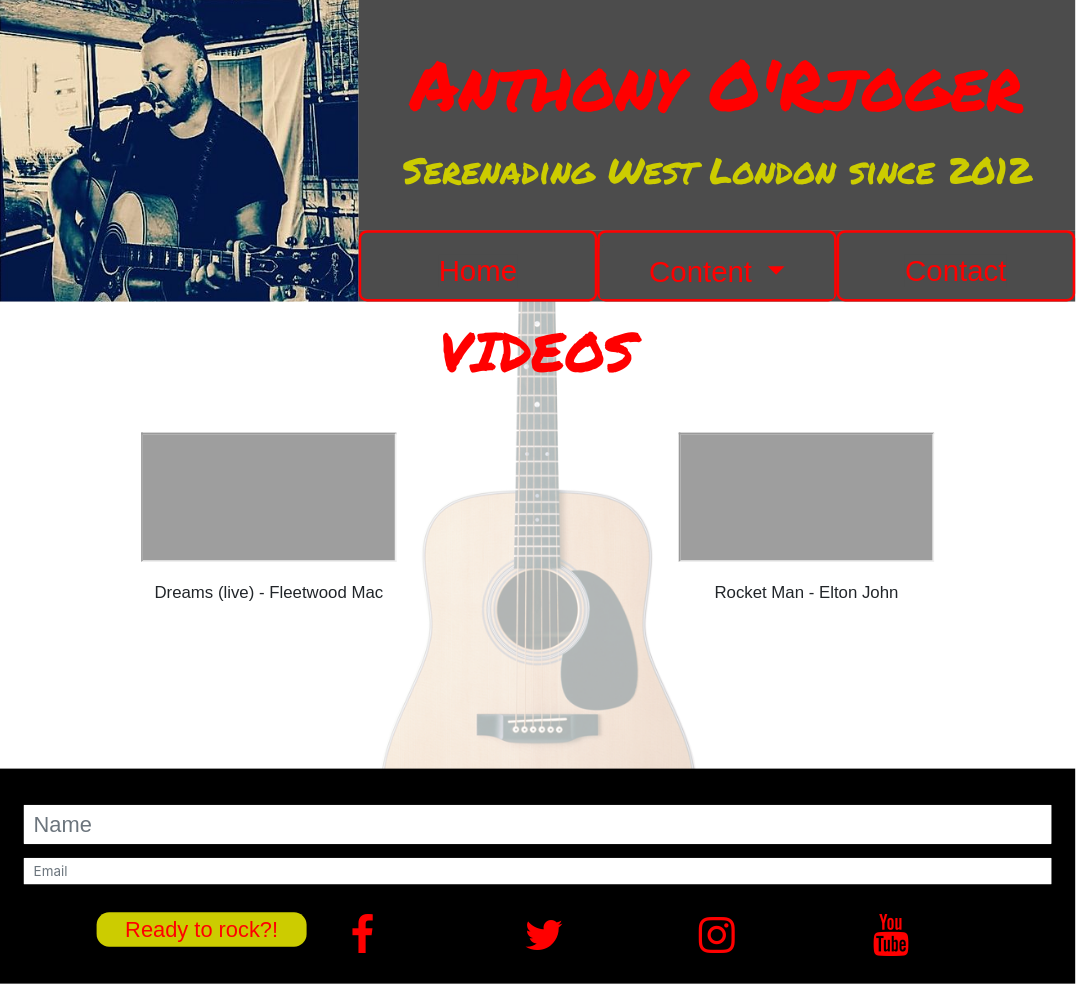
Repository: SimonGeorgeNZ/milestone_1
Page: videos.html
The author's editor kept a record of every edit. The page is drawn from the files as they stood at one moment, then again after the next edit.
The browser window is 1280 px wide. The page is 1295 px wide, so the pictures cover 1295 px, including what lies to the right of the window. The pictures show the whole page, at 84% of full size.
Pictures or frames that could not be fetched are drawn as grey boxes. Some web fonts or font styles are not loaded; a fallback is used. Some web libraries are served in a nearby version.

Above is the page before.

### videos.html
<!DOCTYPE html>
<html lang="en">

<head>
    <meta charset="UTF-8">
    <meta name="viewport" content="width=device-width, initial-scale=1.0">
    <meta http-equiv="X-UA-Compatible" content="ie=edge">
    <link rel="stylesheet" href="assets/css/style.css" type="text/css" />
    <link rel="stylesheet" href="https://maxcdn.bootstrapcdn.com/bootstrap/4.2.1/css/bootstrap.min.css" type="text/css" />
    <link rel="stylesheet" href="https://maxcdn.bootstrapcdn.com/font-awesome/4.7.0/css/font-awesome.min.css" type="text/css" />
    <title>Anthony O'Rjoger</title>
</head>

<body>
    <header>

        <div class="row no-gutters">
            <a class="col-md-4 profile" href="index.html"></a>
            <div class="col-md-8">
                <div class="row no-gutters bg-color-title">
                    <div class="col title">
                        <h1 class="name">Anthony O'Rjoger</h1>
                        <h2 class="tag-line">Serenading West London since 2012</h2>
                    </div>
                </div>
                <div class="row no-gutters bg-col-blk">
                    <div class="col-12 col-md-6 col-lg-4 nav-but">
                        <a href="index.html" class="nav-but-text"><i aria-hidden="true"></i><span>Home</span></a>
                    </div>
                    <div class="col-12 col-md-6 col-lg-4 dropdown nav-but">
                        <button class="btn btn-secondary dropdown-toggle container-fluid" type="button" id="dropdownMenuButton" data-toggle="dropdown" aria-haspopup="true" aria-expanded="false">
    Content
  </button>
                        <div class="dropdown-menu" aria-labelledby="dropdownMenuButton">
                            <a class="dropdown-item" href="photos.html">Photos</a>
                            <a class="dropdown-item" href="videos.html">Videos</a>
                        </div>
                    </div>
                    <div class="col d-md-block d-none nav-but">
                        <a href="contact.html" class="nav-but-text"><i aria-hidden="true"></i><span>Contact</span></a>
                    </div>
                </div>

            </div>

        </div>
        </div>
    </header>

    <body class="jumbotron-main">
        <h1 class="page-heading">Videos</h1>
        <div class="row no-gutters">
            <div class="col-6 video">
                <iframe src="https://www.youtube.com/embed/-JfQ80SWHHQ" allowfullscreen></iframe>
                <p class="image-text">Dreams (live) - Fleetwood Mac</p>
            </div>
            <div class="col-6 embed-responsive-item video">
                <iframe src="https://www.youtube.com/embed/kY1DvJ4g9kA" allowfullscreen></iframe>
                <p class="image-text">Rocket Man - Elton John</p>
            </div>
        </div>
        <div class="row">
            <div class="col-12 bottom-padding">

            </div>
        </div>
    </body>
    <footer class="container-fluid footer-bg footer">
        <div class="row">
            <div class="col">
                <form class="contact">
                    <div class="row no-gutters form">
                        <div class="col-12 contact">
                            <input type="text" id="fullname" class="form-control" placeholder="Name" required />
                            <input type="email" id="emailaddress" class="form-control" placeholder="Email" required />
                        </div>
                        <div class="row">
                            <input class="submit  d-block d-md-none" type="submit" value="Quick contact" data-toggle="modal" data-target="#thanks" />
                            <input class="contactlink  d-block d-md-none" type="submit" value="Go to contact" data-toggle="modal" data-target="#thanks" />
                        </div>
                    </div>
                </form>
            </div>
        </div>
        <input class="submit" type="submit" value="Ready to rock?!" data-toggle="modal" data-target="#thanks" />
        <div class="container soclai-links-top">
            <div class="row no-gutters">
                <div class="col-3">
                    <a class="social-but" target=_ "blank" href="https://www.facebook.com/anthonyorjogermusic/">
                             <i class="fa fa-facebook" aria-hidden="true"></i>
                               <span class="sr-only">facebook</span>
                        </a>
                </div>
                <div class="col-3">
                    <a class="social-but" target=_ "blank" href="https://twitter.com/anthonyorjoger">
                             <i class="fa fa-twitter" aria-hidden="true"></i>
                               <span class="sr-only">Twitter</span>
                        </a>
                </div>
                <div class="col-3">
                    <a class="social-but" target=_ "blank" href="https://www.instagram.com/aor_music/">
                             <i class="fa fa-instagram" aria-hidden="true"></i>
                               <span class="sr-only">Instagram</span>
                        </a>
                </div>
                <div class="col-3">
                    <a class="social-but" target=_ "blank" href="https://www.youtube.com/channel/UCJdZ-PkIdPwwX4xIostHZ1g">
                             <i class="fa fa-youtube" aria-hidden="true"></i>
                               <span class="sr-only">Youtube</span>
                        </a>
                </div>
            </div>
        </div>
    </footer>

</body>
<script src="https://code.jquery.com/jquery-3.4.1.slim.min.js" integrity="sha384-J6qa4849blE2+poT4WnyKhv5vZF5SrPo0iEjwBvKU7imGFAV0wwj1yYfoRSJoZ+n" crossorigin="anonymous"></script>
<script src="https://cdn.jsdelivr.net/npm/popper.js@1.16.0/dist/umd/popper.min.js" integrity="sha384-Q6E9RHvbIyZFJoft+2mJbHaEWldlvI9IOYy5n3zV9zzTtmI3UksdQRVvoxMfooAo" crossorigin="anonymous"></script>
<script src="https://stackpath.bootstrapcdn.com/bootstrap/4.4.1/js/bootstrap.min.js" integrity="sha384-wfSDF2E50Y2D1uUdj0O3uMBJnjuUD4Ih7YwaYd1iqfktj0Uod8GCExl3Og8ifwB6" crossorigin="anonymous"></script>

<div class="modal fade" id="thanks" tabindex="-1" role="dialog" aria-labelledby="exampleModalLabel" aria-hidden="true">
    <div class="modal-dialog" role="document">
        <div class="modal-content">
            <div class="modal-header">
                <h5 class="modal-title" id="exampleModalLabel">Thanks!</h5>
                <button type="button" class="close" data-dismiss="modal" aria-label="Close">
          <span aria-hidden="true">&times;</span>
        </button>
            </div>
            <div class="modal-body">
                I'll be in touch shortly
            </div>
            <div class="modal-footer">
                <button type="button" class="close" data-dismiss="modal">Close</button>
            </div>
        </div>
    </div>
</div>


</html>

### assets/css/style.css
@import url('https://fonts.googleapis.com/css?family=Alatsi|Permanent+Marker|100,200,300,400,500,600,700');



/*------------------Colors------*/

.bg-color-title {
    background-color: #4c4c4c;
}

.li-menu-color {
    background-color: #4c4c4c;
}

.bg-col-blk {
    background-color: #4c4c4c;
}

.footer-bg {
    background-color: black;
}

.submit {
    color: #ff0000!important;
    background-color: #cccc00!important;
}

.contactlink {
    color: #ff0000!important;
    background-color: #cccc00!important;
}

.name {
    color: #ff0000;
}

.tag-line {
    color: #cccc00;
}

.nav-but {
    border-color: #ff0000;
}

.nav-but-text {
    color: #ff0000;
    background-color: #4c4c4c;
}

.dropdown-menu {
    background-color: #4c4c4c !important;
    border-color: #ff0000!important;
}

#dropdownMenuButton {
    color: #ff0000;
    background-color: #4c4c4c;
}

.dropdown-item {
    color: #ff0000!important;
}

h4 {
    color: #ff0000!important;
}

.social-links-top {
    border-color: #ff0000!important;
}

.page-heading {
    color: #ff0000;
}

.quickcontact {
    color: #ffffff;
}


/*------------------Heading------*/

header {
    margin: 0;
}

.title {
    margin-left: 25px;
    margin-right: 25px;
}


.profile {
    background: url("../images/anthony.jpg");
    background-position: center;
    background-repeat: no-repeat;
    background-size: cover;
    min-height: 350px;
    transition: all ease-in-out;
    -moz-transition: all .5s ease-in-out;
    -webkit-transition: all .5s ease-in-out;

}

.name {
    font-family: "Permanent Marker", sans-serif;
    font-weight: 100;
    font-size: calc(70px + 1vw);
    margin-top: 50px;
    text-align: center;
    padding-bottom: 20px;
}

.tag-line {
    font-family: "Permanent Marker", sans-serif;
    font-weight: 200;
    font-size: calc(30px + 1vw);
    margin-bottom: 20px;
    text-align: center;
    padding-bottom: 25px;
}


.menucontainer {
    font-size: 0;
}

#nav li {
    font-size: 14px;
    padding: 0;
    margin: 0;
}

.soclai-links-top {
    padding-bottom: 0;
    margin: 0;
    border-style: none;
}

/*------------------Nav------*/

.nav-but {
    border-style: solid;
    border-width: 3px;
    border-radius: 10px;
    text-align: center;
    padding-top: 20px;
}

.nav-but-text {
    font-family: 'Alatsi', sans-serif;
    font-size: 35px;
}

.dropdown-menu {
    border-width: 3px!important;
    font-size: 35px!important;
    text-align: center!important;
    min-width: 75px!important;
    min-height: 75px!important;
    border-radius: 10px!important;
}

#dropdownMenuButton {
    font-family: 'Alatsi', sans-serif;
    font-size: 35px;
    border: none;
}

.icon {
    font-size: 35px!important;
    color: #ff0000;
}

.dropdown {
    padding-top: 15px;
}

.dropdown-menu .dropdown-item:hover {
    background-color: transparent;
}

.nav-but-text:hover {
    cursor: pointer;
    color: #ff0000;
    text-decoration: none;
}


/*------------------Main-section------*/

.text-box-heading {
    color: #ff0000;
    font-family: "Permanent Marker", sans-serif;
    text-transform: uppercase;
}

.text-box {
    font-family: 'Alatsi', sans-serif;
    margin: 40px;
    text-transform: uppercase;
}

.text-box-1 {
    font-family: 'Alatsi', sans-serif;
    text-align: center;
    text-transform: uppercase;
}

h1 {
    color: #ff000!important;
}

.jumbotron {
    margin-bottom: 0!important;
    padding: 0;
}

.jumbotron-main {
    background-attachment: scroll;
    background: url("../images/Background-image.png");
    background-repeat: no-repeat;
    background-position: center;
    padding: 0;

}

.social-but {
    font-size: 50px;
    color: #ff0000;
    margin-left: 25%;
}

.about {
    text-align: justify;
    margin: 15px;
}

.text-box-heading {
    text-align: center;
}

.image {
    margin: auto;
    margin-top: 100px;
    display: block;
    height: 200px;
    width: 200px;

}

.video {
    text-align: center;
    height: 150px;
    width: 150px;
    margin-top: 50px;
}

.image:hover {
    cursor: pointer;
}

.bottom-padding {
    margin-bottom: 250px;
}

.image-text {
    padding-top: 15px;
    text-align: center;
    font-family: 'Alatsi', sans-serif;
    font-size: 20px;
}

.modal-footer {
    font-family: 'Alatsi', sans-serif;
    font-size: 25px;
    text-align: center;
}

.modal-image {
    width: auto;
    height: auto;
}

/*------------------Contact------*/

.form-control {
    border-style: solid!important;
    border-width: 3px!important;
    border-color: #000000!important;
}

.page-heading {
    font-family: "Permanent Marker", sans-serif;
    font-size: 65px;
    text-transform: uppercase;
    text-align: center;
    padding-top: 20px;
}


/*------------------Footer------*/

.footer {
    padding: 20px;
}

.submit {
    font-family: 'Alatsi', sans-serif;
    font-size: 26px;
    border: none;
    float: left;
    margin-left: 100px;
    margin-top: 10px;
    margin-bottom: 20px;
    border-radius: 15px;
    width: 250px;
}

.contactlink {
    font-family: 'Alatsi', sans-serif;
    font-size: 26px;
    border: none;
    margin: auto;
    margin-top: 10px;
    margin-bottom: 20px;
    border-radius: 15px;
    width: 250px;
}

.contact {
    padding: 10px;

}

#fullname {
    margin-bottom: 10px;
}

input[type="text"] {
    font-family: 'Alatsi', sans-serif;
    font-size: 26px;
}


#projectsummary {
    font-family: 'Alatsi', sans-serif;
    font-size: 26px;
}

.social-links-top {
    width: 100vw;
}

.quickcontact {
    font-family: 'Alatsi', sans-serif;
    font-size: 24px;
    text-align: center;
}

After the next edit:
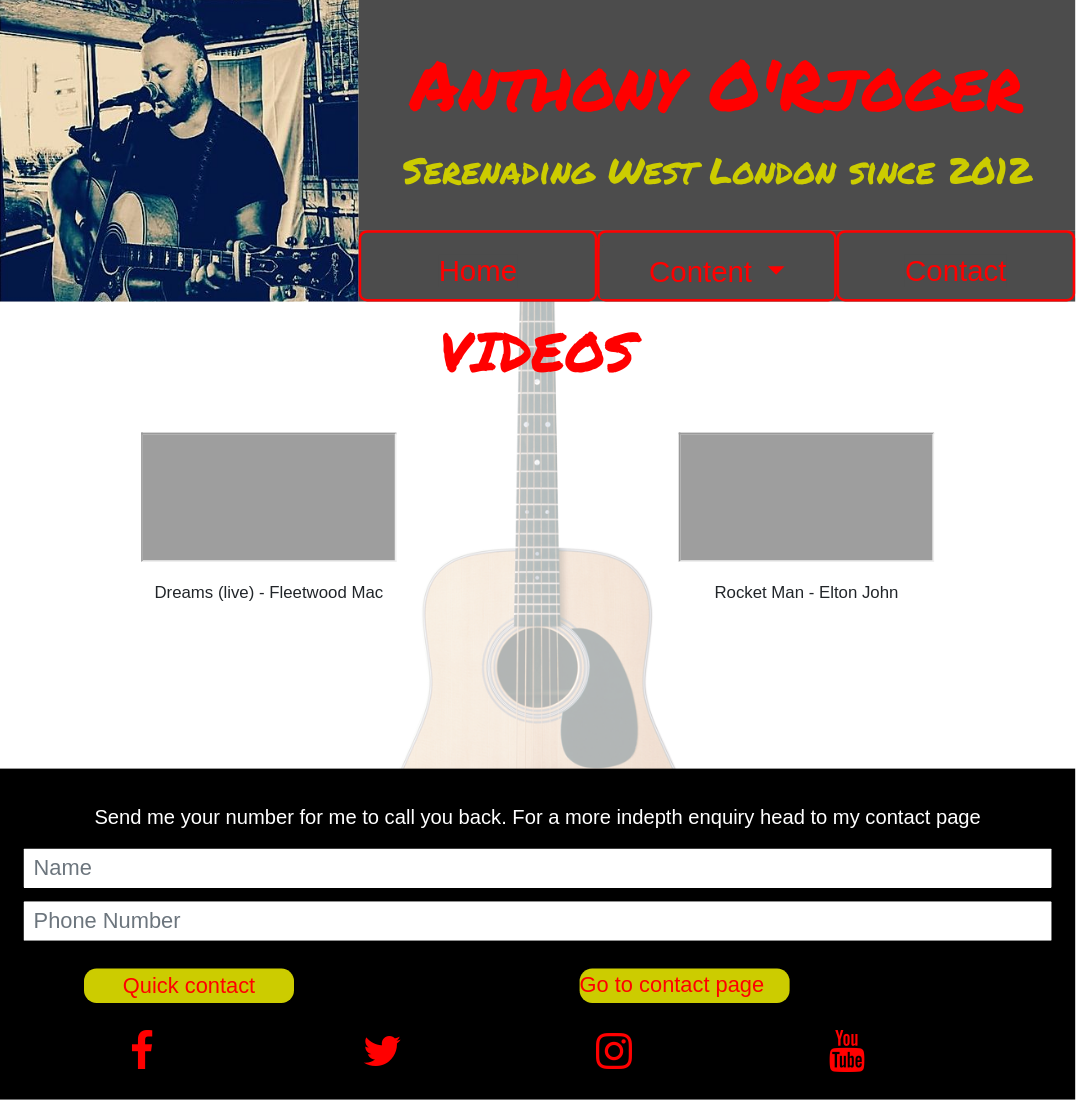
The edit:
--- a/videos.html
+++ b/videos.html
@@ -71,18 +71,20 @@
                 <form class="contact">
                     <div class="row no-gutters form">
                         <div class="col-12 contact">
+                            <div class="quickcontact" id="quickcontact">
+                                <p>Send me your number for me to call you back. For a more indepth enquiry head to my contact page</p>
+                            </div>
                             <input type="text" id="fullname" class="form-control" placeholder="Name" required />
-                            <input type="email" id="emailaddress" class="form-control" placeholder="Email" required />
-                        </div>
-                        <div class="row">
-                            <input class="submit  d-block d-md-none" type="submit" value="Quick contact" data-toggle="modal" data-target="#thanks" />
-                            <input class="contactlink  d-block d-md-none" type="submit" value="Go to contact" data-toggle="modal" data-target="#thanks" />
+                            <input type="text" id="phonenumber" class="form-control" placeholder="Phone Number" required />
                         </div>
                     </div>
                 </form>
             </div>
         </div>
-        <input class="submit" type="submit" value="Ready to rock?!" data-toggle="modal" data-target="#thanks" />
+        <div class="row">
+            <input class="submit" type="submit" value="Quick contact" data-toggle="modal" data-target="#thanks" />
+            <a href="contact.html" class="contactlink"><i aria-hidden="true"></i><span>Go to contact page</span></a>
+        </div>
         <div class="container soclai-links-top">
             <div class="row no-gutters">
                 <div class="col-3">
